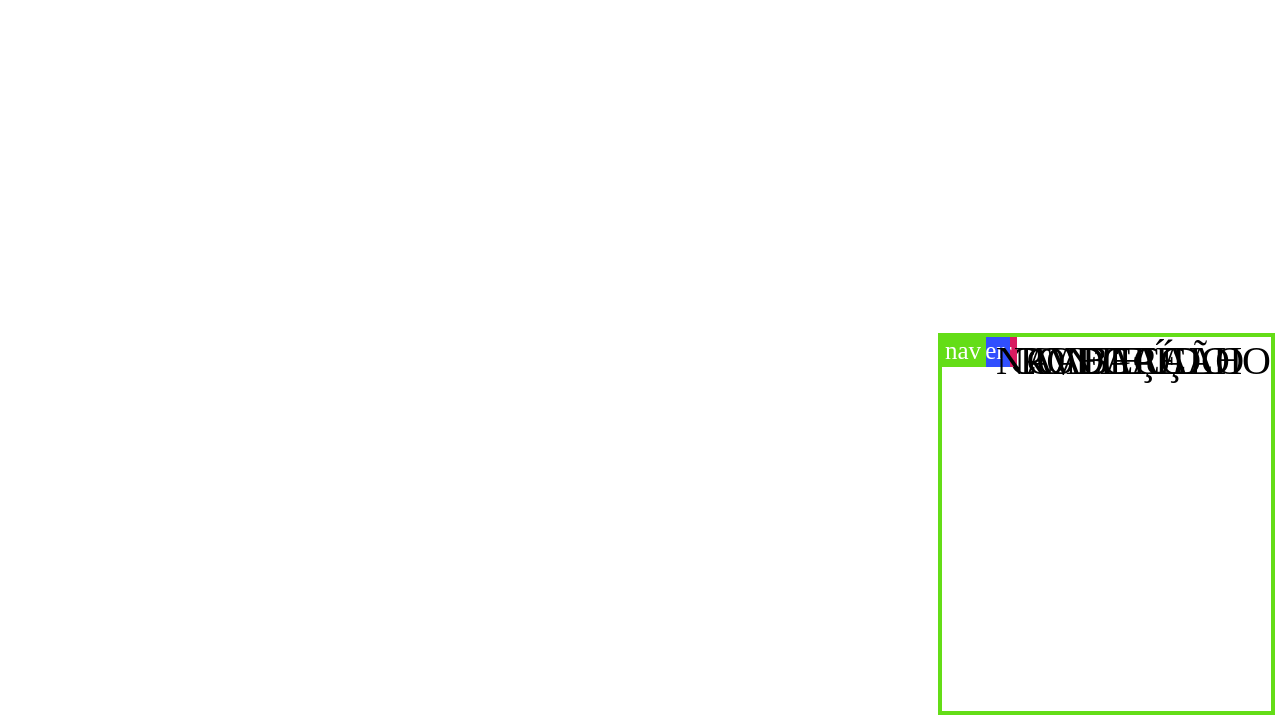
Repository: eversonps/flexbox-grid-css
Page: grid/cssgrid3.html
An editor plug-in stored every save of this project. The page is shown before and after the next save, followed by the edit.
The browser window is 1280 px wide. The pictures show the whole page.

Above is the page before, as saved 2022-03-23 16:56:13.

### grid/cssgrid3.html
<!DOCTYPE html>
<html>

<head>
    <meta charset="UTF-8">
    <title>CSS Grid #03</title>
    <link rel="stylesheet" href="css/tag.css">
    <style>
        * {
            padding: 0;
            margin: 0;
        }

        header {
            grid-area: cabecalho;
        }

        nav {
            grid-area: navegacao;
        }

        main {
            grid-area: conteudo;
        }

        footer {
            grid-area: rodape;
        }

        body{
            display: grid;
            min-height: 100vh;
            grid-template-columns: 300px 1fr;
            grid-template-rows: ;
        }
    </style>
</head>

<body>
    <main class="tag">CONTEÚDO</main>
    <header class="tag">CABEÇALHO</header>
    <footer class="tag">RODAPÉ</footer>
    <nav class="tag">NAVEGAÇÃO</nav>

    <script src="js/tag.js"></script>
</body>

</html>

### grid/js/tag.js
const colors = {
    p: '#388e3c',
    div: '#1565c0',
    span: '#e53935',
    section: '#f67809',
    ul: '#5e35b1',
    ol: '#fbc02d',
    header: '#d81b60',
    nav: '#64dd17',
    main: '#00acc1',
    footer: '#304ffe',
    form: '#9f6581',
    body: '#25b6da',
    padrao: '#616161',
    get(tag) {
        return this[tag] ? this[tag] : this.padrao
    }
}

document.querySelectorAll('.tag').forEach(elemento => {
    const tagName = elemento.tagName.toLowerCase()

    elemento.style.borderColor = colors.get(tagName)

    if (!elemento.classList.contains('nolabel')) {
        const label = document.createElement('label')
        label.style.backgroundColor = colors.get(tagName)
        label.innerHTML = tagName
        elemento.insertBefore(label, elemento.childNodes[0])
    }
})

Loaded but not shown: grid/css/tag.css (common file)

After the next save:
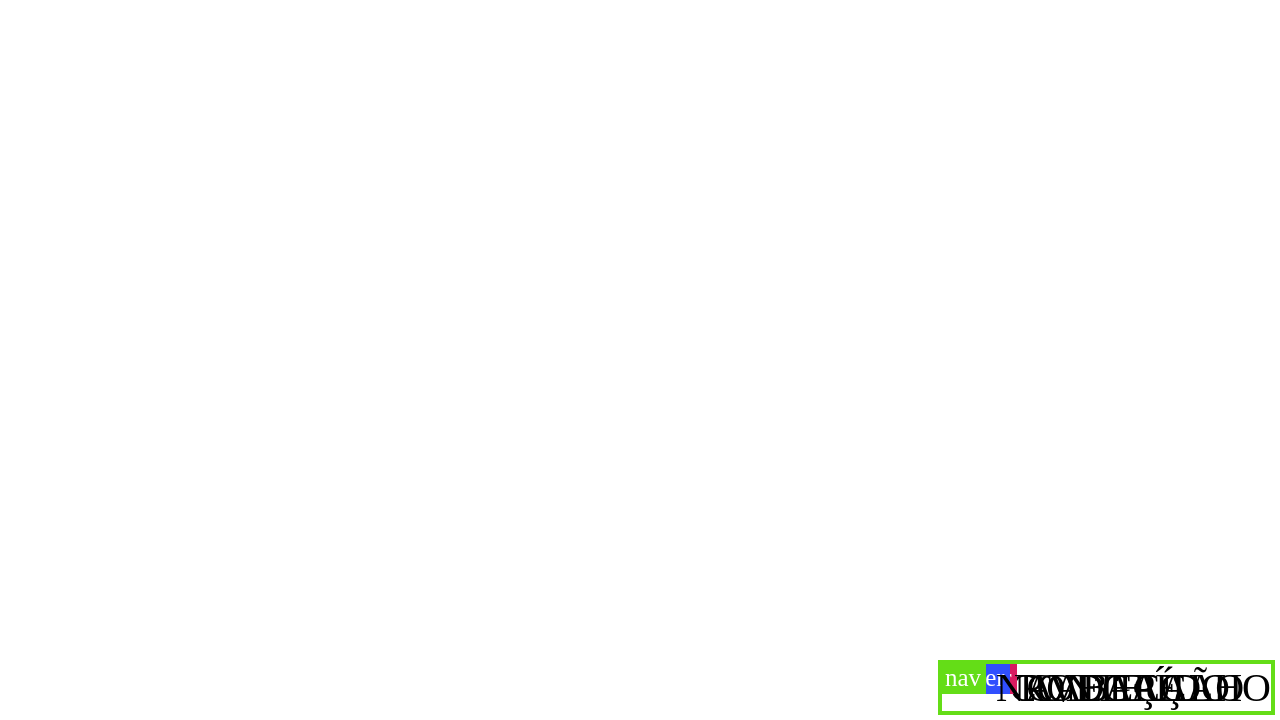
Saved 20 s later.
--- a/grid/cssgrid3.html
+++ b/grid/cssgrid3.html
@@ -31,7 +31,7 @@
             display: grid;
             min-height: 100vh;
             grid-template-columns: 300px 1fr;
-            grid-template-rows: ;
+            grid-template-rows: 100px 1fr 100px;
         }
     </style>
 </head>
